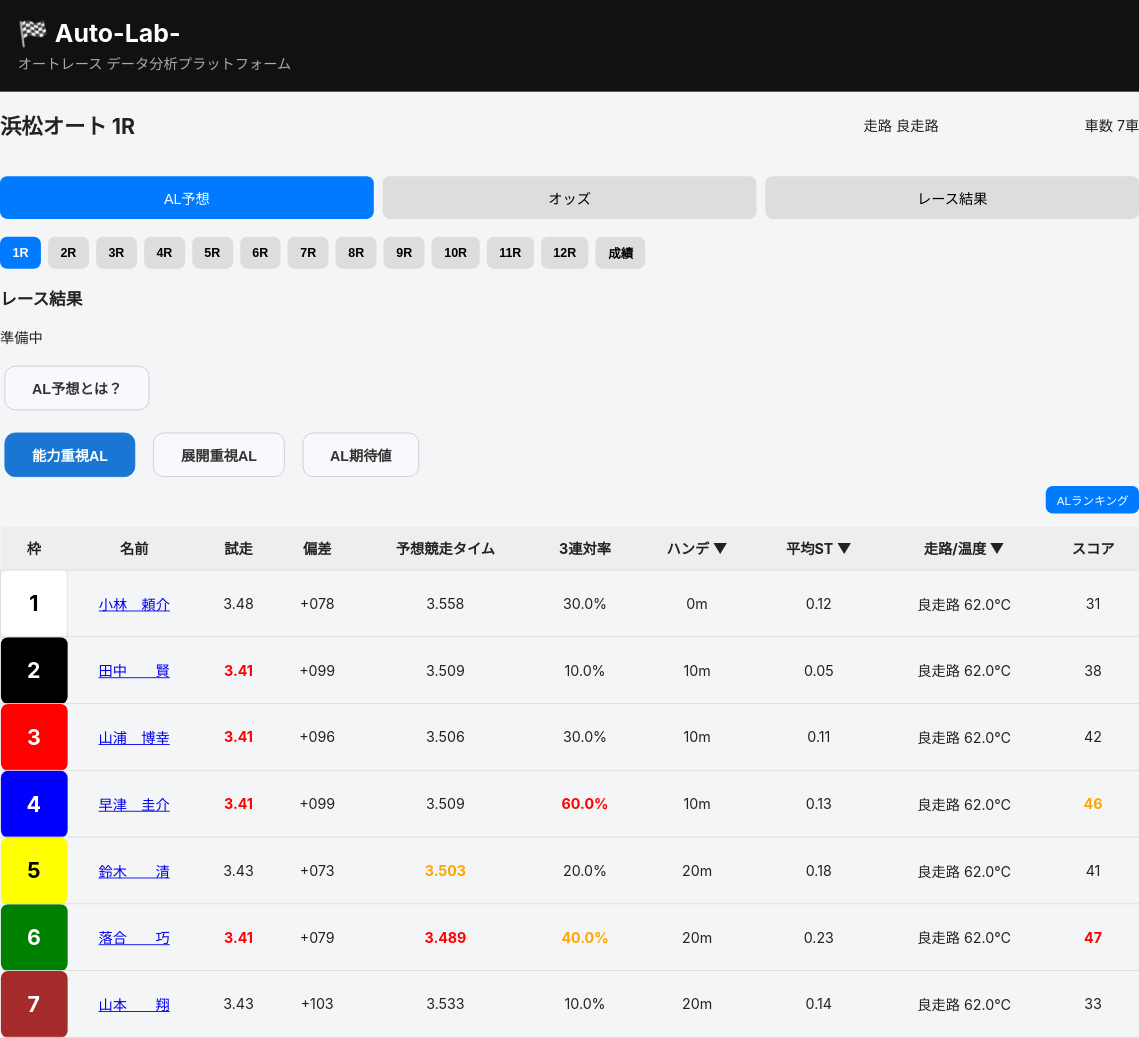
Repository: autorace-lab/Auto-Lab--main
Page: race.html
The author's editor kept a copy of each file at every save. The page is drawn from the files as they stood at one save, then again after the next save.
The browser window is 1280 px wide. The pictures show the whole page, at 89% of full size.

Above is the page before, as saved 2026-08-05 22:11:52.

After the next save:
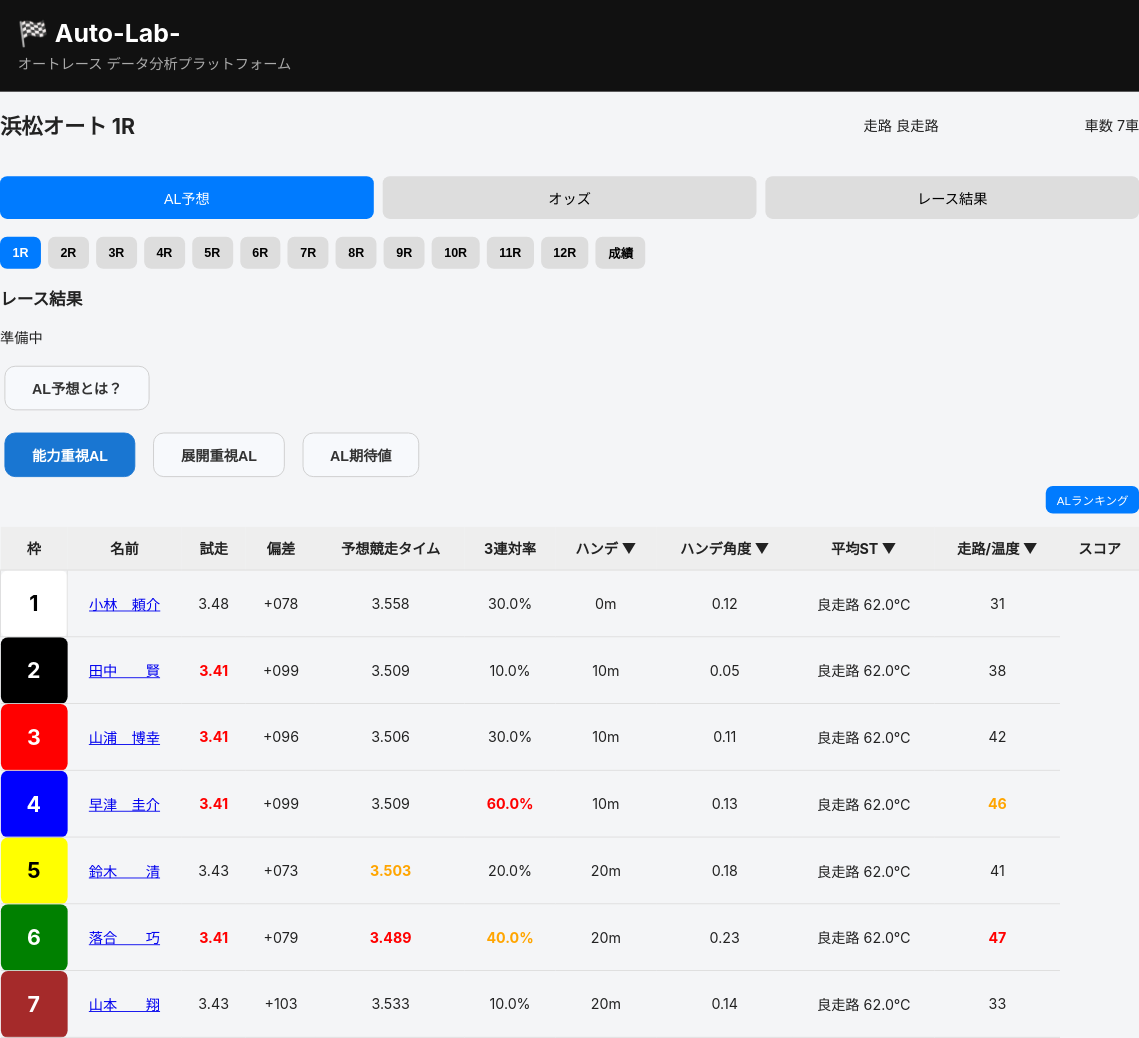
Saved 2 min 58 s later.
--- a/race.html
+++ b/race.html
@@ -306,6 +306,7 @@ AL期待値
 <th class="handicap-header" onclick="toggleHandicap()">
     ハンデ ▼
 </th>
+<th class="handicap-angle-header">ハンデ角度 ▼</th>
 <th class="st-header" onclick="toggleST()">
     平均ST ▼
 </th>
@@ -346,6 +347,7 @@ AL期待値
 <th class="handicap-header" onclick="toggleHandicap()">
     ハンデ ▼
 </th>
+<th class="handicap-angle-header">ハンデ角度 ▼</th>
 </th>
 <th class="st-header" onclick="toggleST()">
     平均ST ▼
